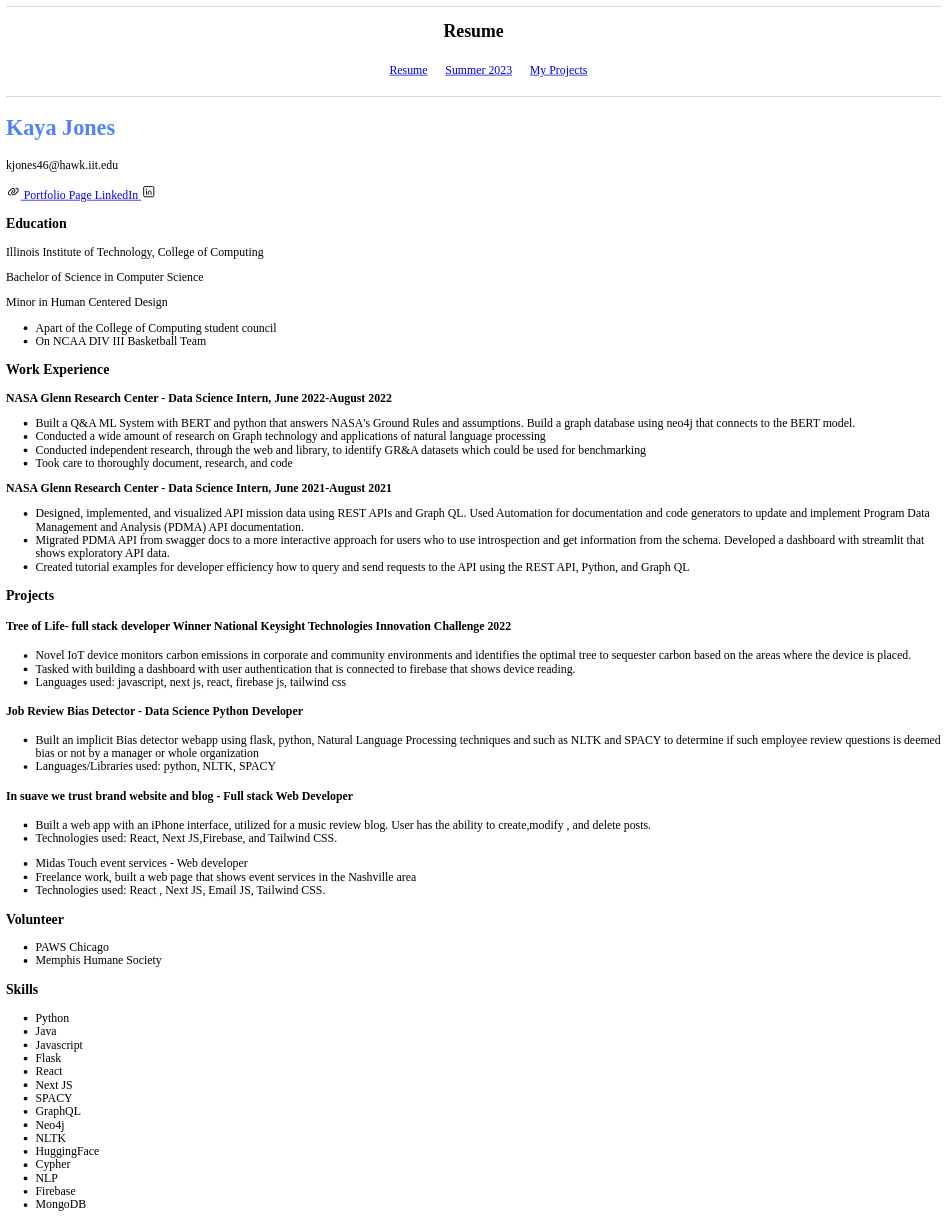
Repository: kayacancode/itm361project1
Page: index.html
These files come from the project's save history. The page is drawn as it stood at one moment and after the next save; the edit follows.
The browser window is 1280 px wide. The pictures show the whole page, at 74% of full size.
Some web fonts or font styles are not loaded; a fallback is used.

Above is the page before, as saved 2023-03-04 13:08:20.

After the next save:
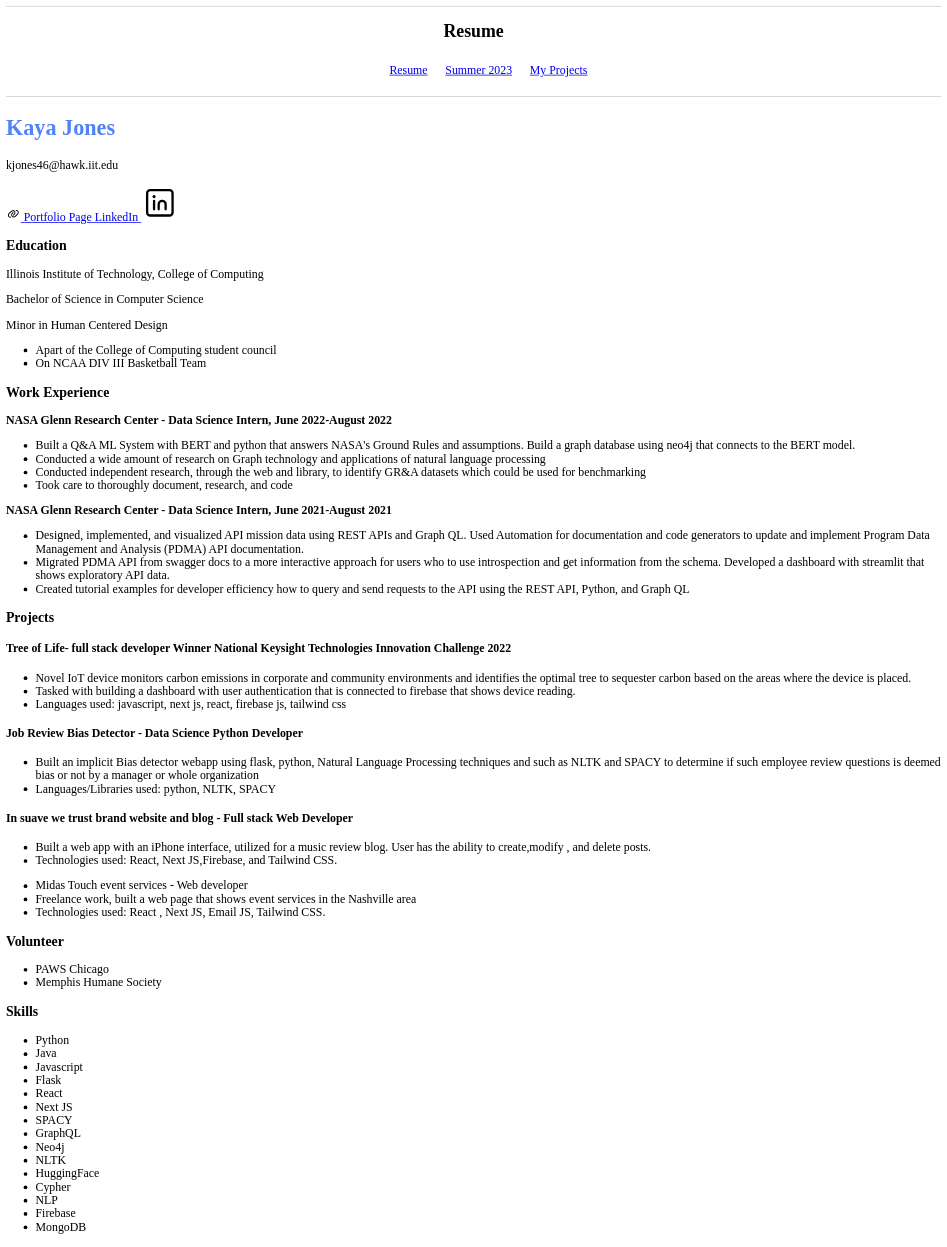
Saved 10 s later.
--- a/index.html
+++ b/index.html
@@ -27,7 +27,7 @@
         </svg>
     Portfolio Page </a>
     <a href="https://www.linkedin.com/in/kayarjones/">LinkedIn </a>
-    <svg width="20px" height="20px" viewBox="0 0 192 192" xmlns="http://www.w3.org/2000/svg" fill="none"><rect width="132" height="132" x="30" y="30" stroke="#000000" stroke-width="12" rx="16"/><path stroke="#000000" stroke-linecap="round" stroke-linejoin="round" stroke-width="12" d="M66 86v44"/><circle cx="66" cy="64" r="8" fill="#000000"/><path stroke="#000000" stroke-linecap="round" stroke-width="12" d="M126 130v-26c0-9.941-8.059-18-18-18v0c-9.941 0-18 8.059-18 18v26"/></svg>
+    <svg width="50px" height="50px" viewBox="0 0 192 192" xmlns="http://www.w3.org/2000/svg" fill="none"><rect width="132" height="132" x="30" y="30" stroke="#000000" stroke-width="12" rx="16"/><path stroke="#000000" stroke-linecap="round" stroke-linejoin="round" stroke-width="12" d="M66 86v44"/><circle cx="66" cy="64" r="8" fill="#000000"/><path stroke="#000000" stroke-linecap="round" stroke-width="12" d="M126 130v-26c0-9.941-8.059-18-18-18v0c-9.941 0-18 8.059-18 18v26"/></svg>
   </div>
 
     <h3>Education</h3>
